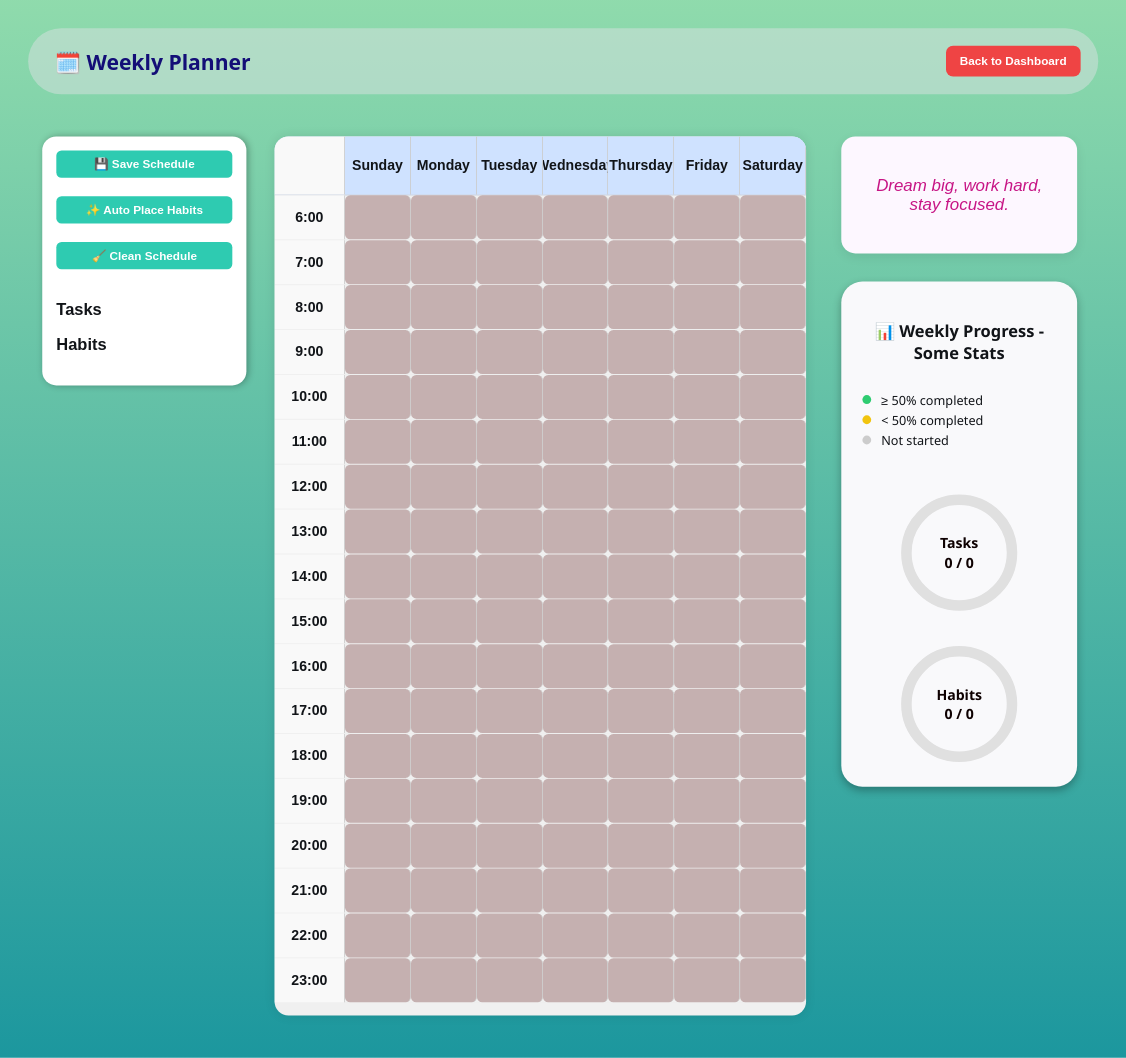
Repository: RachelB9913/smart-task-and-habit-tracker
Page: /schedule
These files come from the project's save history. The page is drawn as it stood at one moment and after the next save; the edit follows.
The browser window is 1280 px wide. The pictures show the whole page, at 88% of full size.
An inner scrolling area shows only its first screen. The project was rebuilt for these pictures with package versions that can differ from the ones it lists, and the page was loaded fresh each time. Also part of the build but not shown: src/components/PageWrapper.js, src/components/welcome.js, src/services/api.js, src/components/Login.js, src/components/Register.js, src/components/DashBoard.js.

Above is the page before, as saved 2025-06-29 21:12:50.

After the next save:
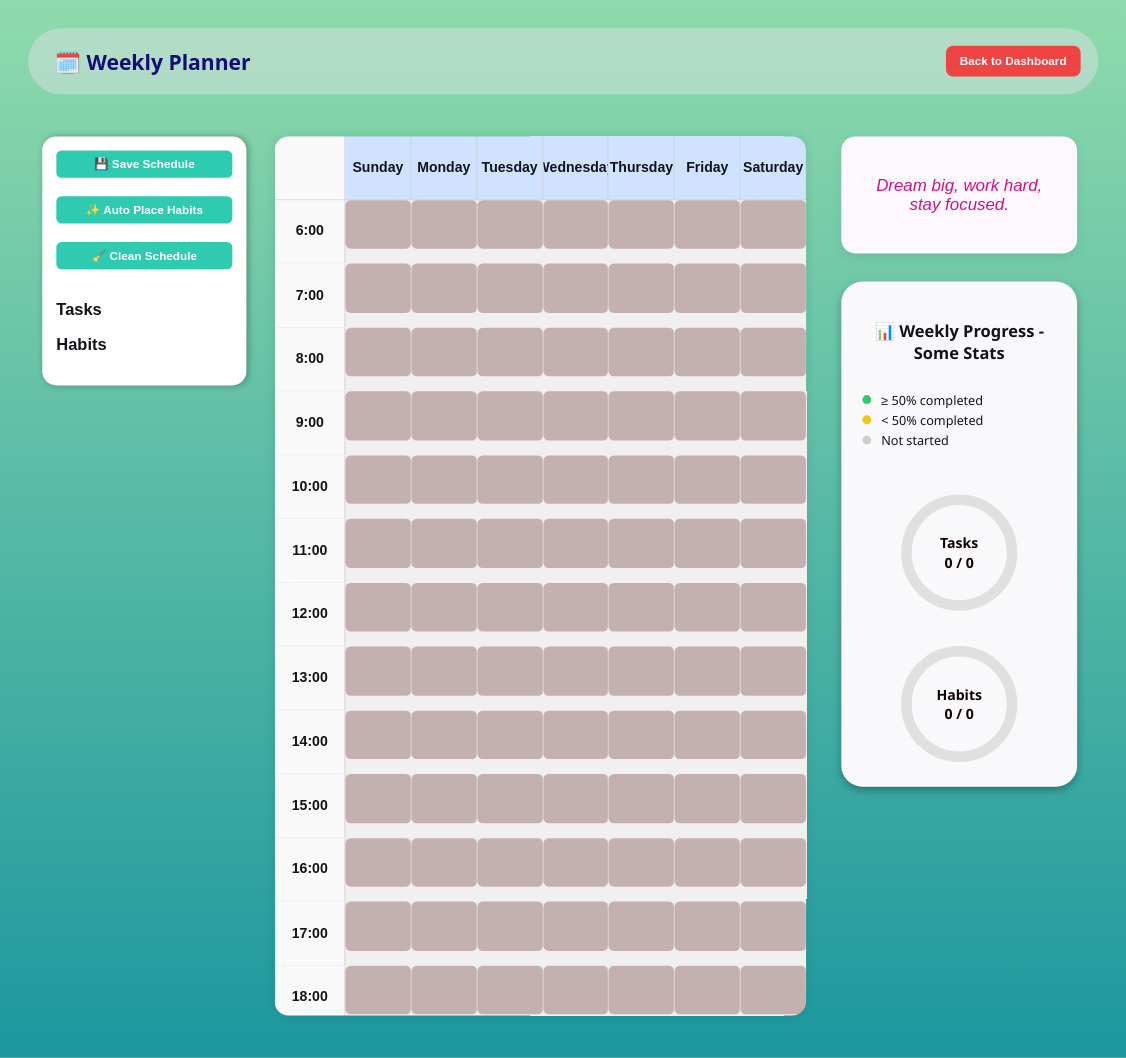
Saved 77 s later.
--- a/src/components/SchedulePlanner.css
+++ b/src/components/SchedulePlanner.css
@@ -93,6 +93,8 @@
 }
 
 .cell {
+  height: auto;
+  min-height: var(--cell-height);
   padding: 0.5rem;
   border-right: 1px solid #ccc;
   overflow: hidden;

After the save that followed:
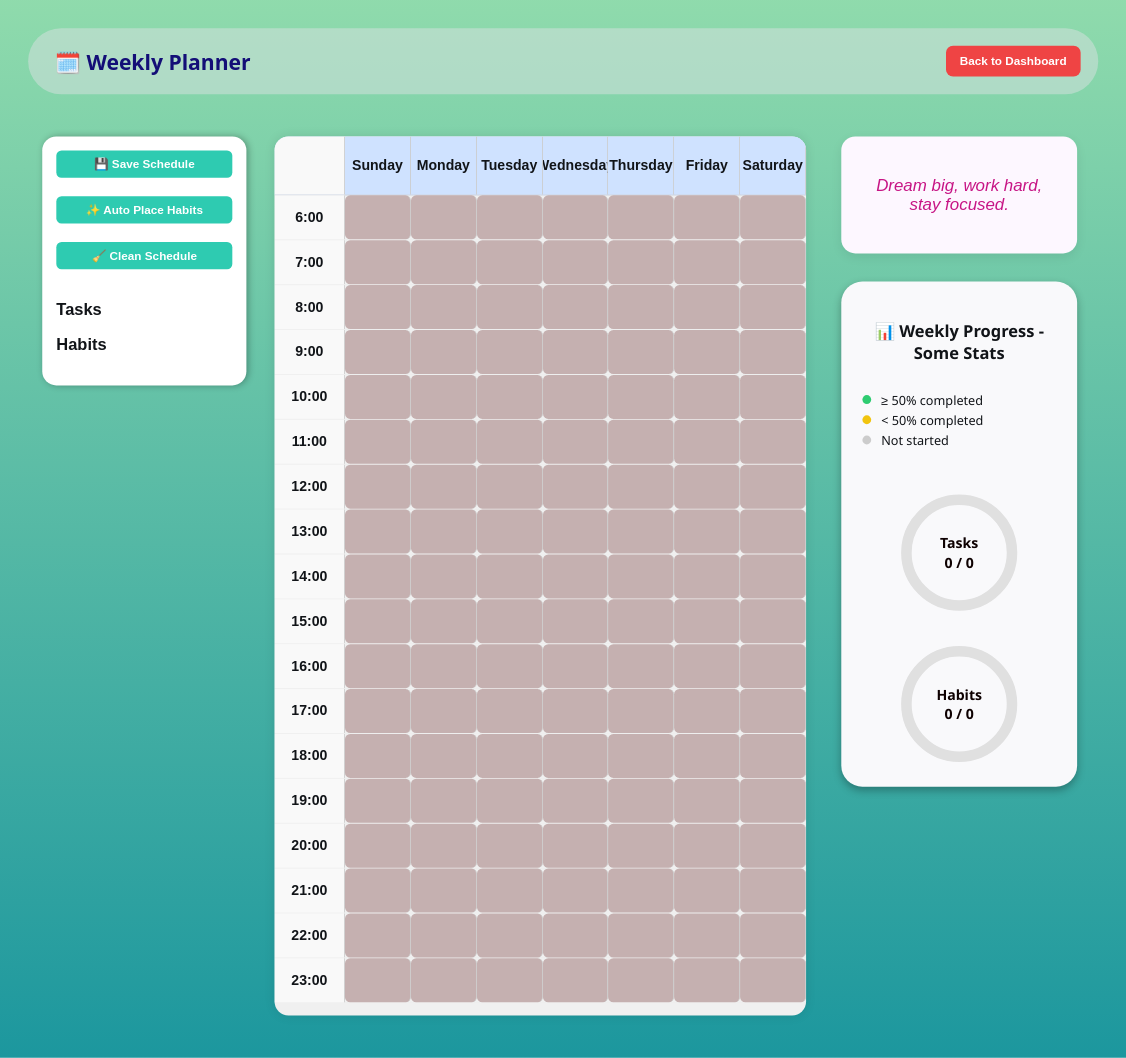
Saved 4 s later.
--- a/src/components/SchedulePlanner.css
+++ b/src/components/SchedulePlanner.css
@@ -94,7 +94,7 @@
 
 .cell {
   height: auto;
-  min-height: var(--cell-height);
+  min-height: ;
   padding: 0.5rem;
   border-right: 1px solid #ccc;
   overflow: hidden;
